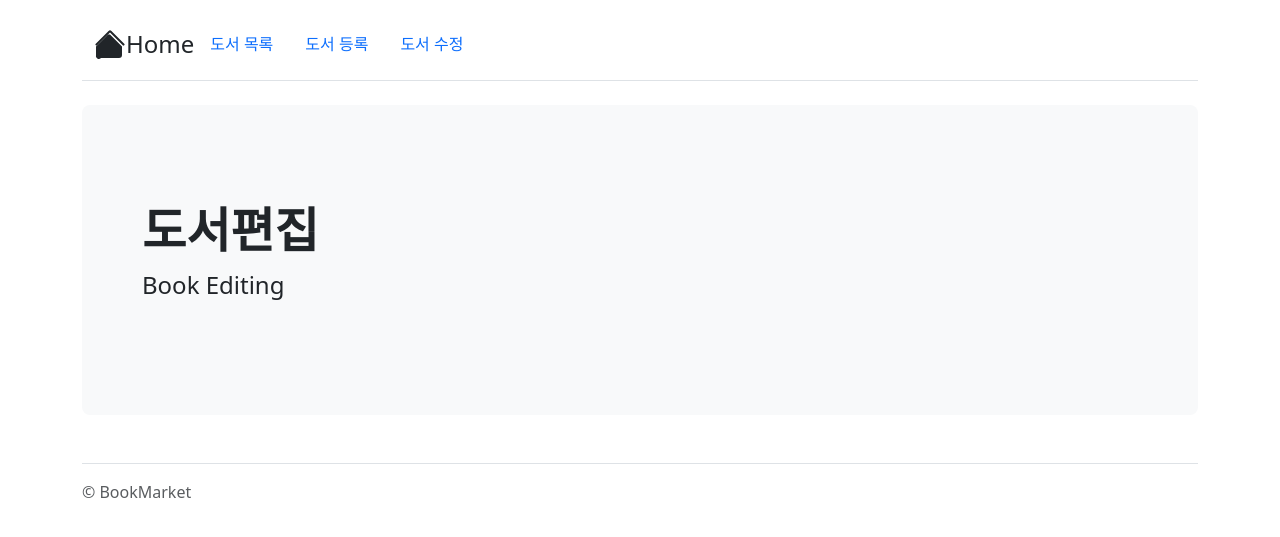
Repository: YimJunsu/MyStudy_JSP
Page: http://localhost/BookStore/editBook.jsp?edit=update
The author's editor kept a copy of each file at every save. The page is drawn from the files as they stood at one save, then again after the next save.
The browser window is 1280 px wide. The pictures show the whole page.
The page is served by Tomcat 10. Nobody is signed in. The application's start-up code is not run. Other server files are loaded and not shown. Queries for data that is not in the repository find no rows.

Above is the page before, as saved 2025-03-06 02:43:37.

### BookStore/src/main/webapp/editBook.jsp
<%@ page contentType="text/html; charset=utf-8" %>
<%@ page import="java.sql.*" %>
<html>
<head>
<link href="https://cdn.jsdelivr.net/npm/bootstrap@5.3.3/dist/css/bootstrap.min.css" rel="stylesheet">
<title>도서 편집</title>
<script type="text/javascript">
	function deleteConfir(id) {
		if(confirm("해당 도서를 삭제합니다!?")==true)
			location.href="./deleteBook.jsp?id=" + id;
		else
			retrun;
	}
</script>
</head>
<%
	String edit=request.getParameter("edit");
%>
<body>
<div class="container py-4">
	<%@include file="menu.jsp" %>

	<div class="p-5 mb-4 bg-body-tertiary rounded-3">
		<div class="container-fluid py-5">
			<h1 class="display-5 fw-bold"><fmt:message key="title"/>도서편집</h1>
			<p class="col-md-8 fs-4">Book Editing</p>
		</div>
	</div>
	<%@ include file="dbconn.jsp" %>
	<div class="row align-items-md-stretch">
	<%
		PreparedStatement ps=null;
		ResultSet rs=null;
		String sql="SELECT * FROM book";
		ps=conn.prepareStatement(sql);
		rs=ps.executeQuery();
		while(rs.next()){
	%>
	<div class="col-md-4">
		<div class="h-100 p-2 round-3">
			<img src="resources/images/<%=rs.getString("b_filename") %>" style="width:250; height:350" />
			<p> <h5><b><%=rs.getString("b_name") %></b></h5>
			<p><%=rs.getString("b_author") %>
            <br><%=rs.getString("b_publisher") %> | <%=rs.getString("b_unitPrice") %>원</p>
			<p> <%= rs.getString("b_description").substring(0,60) %>
            <p><%=rs.getString("b_unitPrice") %>원
            <p> <%
            	if(edit.equals("update")){
            	%>
            	<a href="./updateBook.jsp?id=<%=rs.getString("b_id") %>" class="btn btn-success" role="button">수정 &raquo;</a>
				<%
            	} else if ( edit.equals("delete")) {
				%>
				<a href="#" onclick="deleteConfirm('<%=rs.getString("b_id") %>')" class="btn btn-danger" role="button">삭제 &raquo;</a>
				<%
            	}
				%>

		</div>
	</div>
	<%
		}
		if(rs!=null)
			rs.close();
		if(ps!=null)
			ps.close();
		if(conn!=null)
			conn.close();
	%>
	</div>
	<%@include file="footer.jsp" %>
</div>
</body>
</html>

### BookStore/src/main/webapp/menu.jsp
<%@ page contentType="text/html; charset=utf-8" %>
<header class="pb-3 mb-4 border-bottom">
	<div class="container">
		<div class="d-flex flex-wrap align-items-center justify-content-center justify-content-lg-start">
	  		<a href="./welcome.jsp" class="d-flex align-items-center text-dark text-decoration-none" aria-label="Go to Home page">
		    	<svg width="32" height="32" fill="currentColor" class="bi bi-house-fill" viewBox="0 0 16 16" style="vertical-align: middle;" role="img" aria-labelledby="homeIconTitle">
			      <title id="homeIconTitle">Home Icon</title>
			      <path d="M8.707 1.5a1 1 0 0 0-1.414 0L.646 8.146a1 1 0 0 0 .708.708L8 2.207 14.646 8.854a1 1 0 0 0 .708-.708L8.707 1.5Z"/>
			      <path d="M8 3.293l6 6V13.5a1.5 1.5 0 0 1-1.5 1.5h-9A1.5 1.5 0 0 1 1 13.5V9.293l6-6z"/>
		    	</svg>
		    	<span class="fs-4">Home</span>
	  		</a>
	  		<ul class="nav nav-pills">
	  			<li class="nav-item"><a href="./books.jsp" class="nav-link">도서 목록</a></li>
	  			<li class="nav-item"><a href="./addBook.jsp" class="nav-link">도서 등록</a></li>
	  			<li class="nav-item"><a href="./editBook.jsp?edit=update" class="nav-link">도서 수정</a></li>
	  		</ul>
		</div>
	</div>
</header>

### BookStore/src/main/webapp/dbconn.jsp
<%@ page contentType="text/html; charset=utf-8" %>
<%@ page import="java.sql.*" %>
<%
	Connection conn = null;
	try{
	String url="jdbc:mysql://localhost:3306/BookStoreJSP";
	String user="team1";
	String password="1234";

	Class.forName("com.mysql.cj.jdbc.Driver");
	conn=DriverManager.getConnection(url, user, password);

	} catch (SQLException ex) {
		out.println("데이터베이스 연결이 실패했습니다.<br>");
		out.println("SQLException: " + ex.getMessage());
	}
%>

### BookStore/src/main/webapp/footer.jsp
<footer class="pt-3 mt-4 text-body-secondary border-top">
		&copy; BookMarket
</footer>

After the next save:
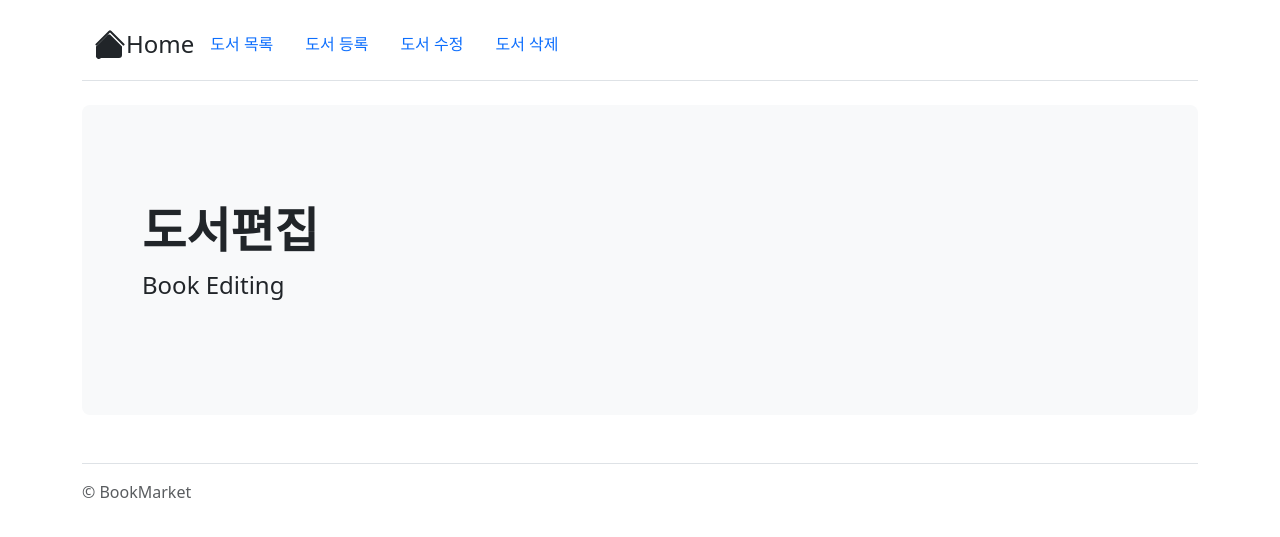
Saved 9 s later.
--- a/BookStore/src/main/webapp/menu.jsp
+++ b/BookStore/src/main/webapp/menu.jsp
@@ -14,6 +14,7 @@
 	  			<li class="nav-item"><a href="./books.jsp" class="nav-link">도서 목록</a></li>
 	  			<li class="nav-item"><a href="./addBook.jsp" class="nav-link">도서 등록</a></li>
 	  			<li class="nav-item"><a href="./editBook.jsp?edit=update" class="nav-link">도서 수정</a></li>
+	  			<li class="nav-item"><a href="./editBook.jsp?edit=delete" class="nav-link">도서 삭제</a></li>
 	  		</ul>
 		</div>
 	</div>
